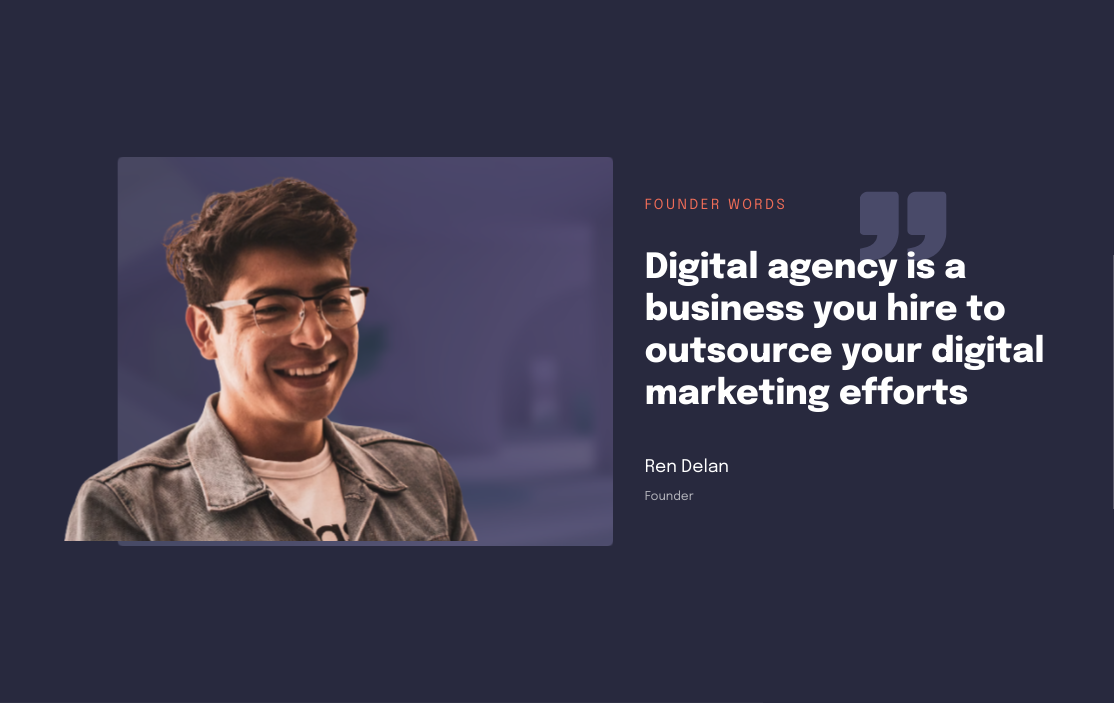
Repository: NatiqSamiyev/image-task
Page: founderWords/index.html
An editor plug-in stored every save of this project. The page is shown before and after a run of saves, followed by the edit.
The browser window is 1280 px wide. The pictures show the whole page, at 87% of full size.

Above is the page before, as saved 2023-09-02 14:58:54.

### founderWords/index.html
<!DOCTYPE html>
<html lang="en">
  <head>
    <meta charset="UTF-8" />
    <meta name="viewport" content="width=device-width, initial-scale=1.0" />
    <title>Document</title>
    <link rel="stylesheet" href="index.css" />
  </head>
  <body>
    <div class="founder-words-container">
      <div class="left-container">
        <img class="image" src="../image/Bitmap (3).svg" alt="" />

        <div>
          <img src="../image/Bitmap (4).svg" alt="" />
        </div>
      </div>

      <div class="right-container">
        <div class="box-1">
          <h1>Founder Words</h1>
          <img src="../image/Shape (1).svg" alt="" />
        </div>

        <div class="box-2">
          <p>
            Digital agency is a business you hire to outsource your digital
            marketing efforts
          </p>
          <h2>Ren Delan</h2>
          <h3>Founder</h3>
        </div>
      </div>
    </div>
  </body>
</html>

### founderWords/index.css
@import url("https://fonts.googleapis.com/css2?family=Epilogue:wght@400;700;800&family=Roboto+Slab:wght@700&family=Roboto:wght@400;700&display=swap");
* {
  margin: 0;
  padding: 0;
  box-sizing: border-box;
}

.founder-words-container {
  width: 100%;
  padding: 180px 135px 176px 135px;
  background: #28293e;
  display: flex;
  justify-content: space-between;
}

.founder-words-container .left-container {
  width: 40%;
}

.founder-words-container .left-container .image {
  width: 570px;
  height: 448px;
  position: relative;
}

.founder-words-container .left-container div img {
  width: 477px;
  height: 420px;
  position: absolute;
  top: 28%;
  right: 57%;
}

.founder-words-container .right-container {
  width: 40%;
}

.founder-words-container .right-container .box-1 {
  display: flex;
  margin-top: 40px;
}

.founder-words-container .right-container .box-1 h1 {
  color: var(--Text_Light_Accent, #ef6d58);
  font-feature-settings: "clig" off, "liga" off;
  font-family: Epilogue;
  font-size: 16px;
  font-style: normal;
  font-weight: 400;
  line-height: 32px;
  letter-spacing: 3px;
  text-transform: uppercase;
}

.founder-words-container .right-container .box-1 img {
  width: 100px;
  height: 80px;
  fill: #494a69;
  position: absolute;
  right: 15%;
}

.founder-words-container .right-container .box-2 {
  position: relative;
  margin-top: 33px;
}

.founder-words-container .right-container .box-2 p {
  width: 470px;
  color: var(--Text_Light, #fff);
  font-feature-settings: "clig" off, "liga" off;
  font-family: Epilogue;
  font-size: 40px;
  font-style: normal;
  font-weight: 800;
  line-height: 48px;
}

.founder-words-container .right-container .box-2 h2 {
  margin-top: 44px;
  color: var(--Text_Light, #fff);
  font-feature-settings: "clig" off, "liga" off;
  font-family: Epilogue;
  font-size: 20px;
  font-style: normal;
  font-weight: 400;
  line-height: 32px;
}

.founder-words-container .right-container .box-2 h3 {
  margin-top: 6px;
  color: var(--Text_Light_Gray, rgba(255, 255, 255, 0.64));
  font-feature-settings: "clig" off, "liga" off;
  font-family: Epilogue;
  font-size: 14px;
  font-style: normal;
  font-weight: 400;
  line-height: 24px;
}

After the next 4 saves:
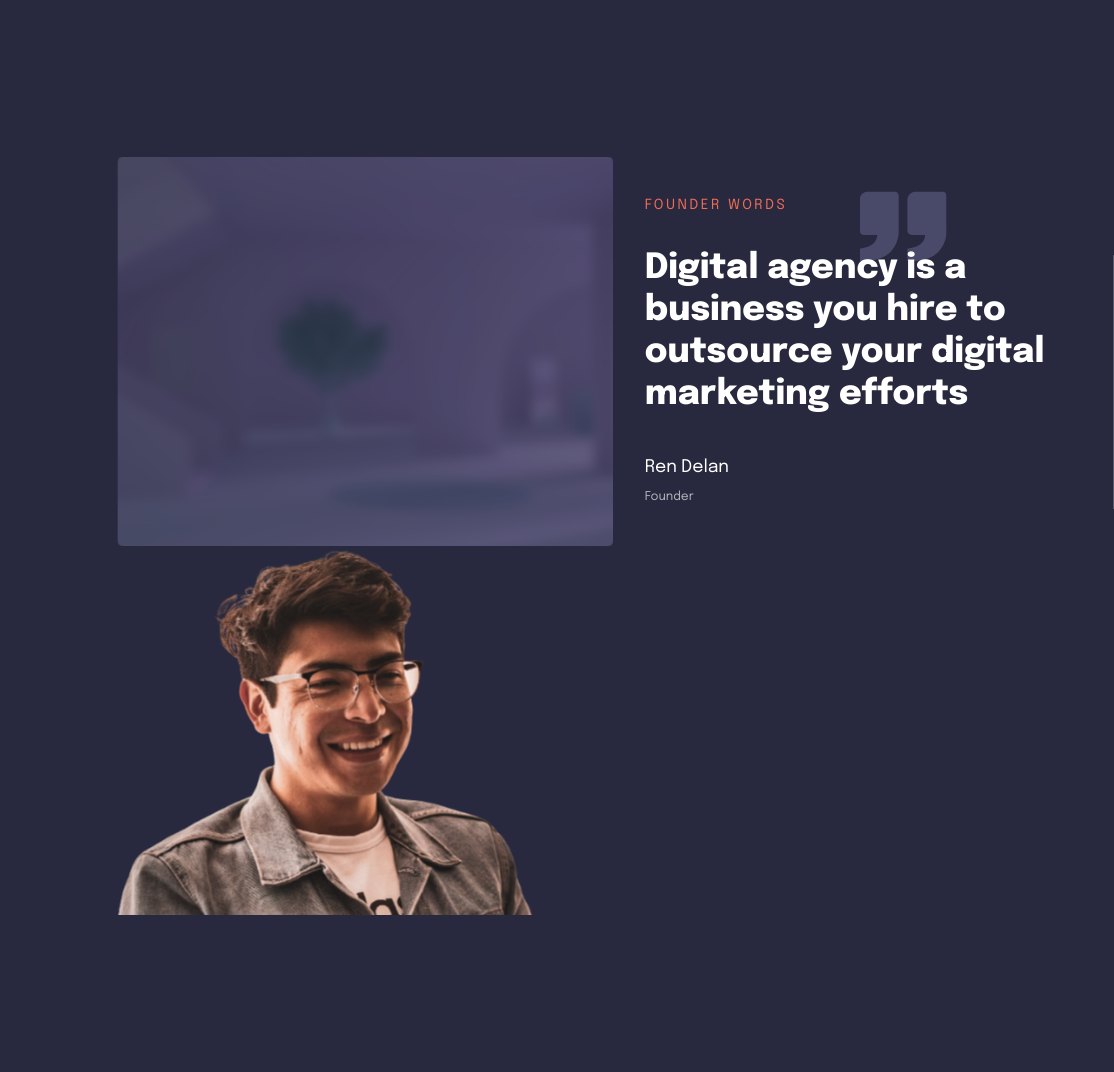
The 4 saves are shown as one change because they came seconds apart.
The last was saved 38 min 53 s later.
--- a/founderWords/index.html
+++ b/founderWords/index.html
@@ -9,11 +9,10 @@
   <body>
     <div class="founder-words-container">
       <div class="left-container">
-        <img class="image" src="../image/Bitmap (3).svg" alt="" />
+        <img class="image" cl src="../image/Bitmap (3).svg" alt="" />
 
-        <div>
           <img src="../image/Bitmap (4).svg" alt="" />
-        </div>
+
       </div>
 
       <div class="right-container">
